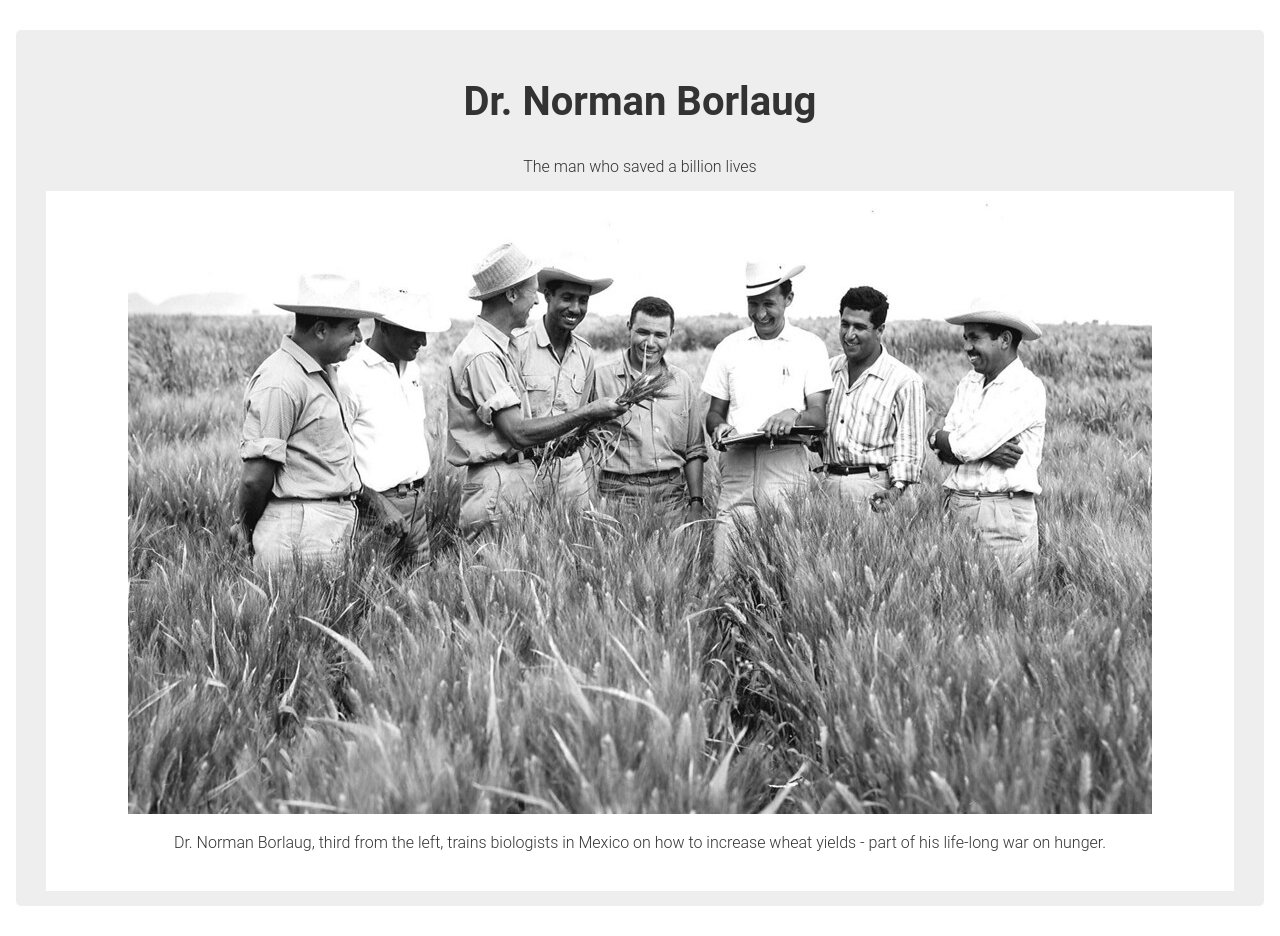
Repository: HTDuy01/github-demo
Page: freecodecamp/index.html
These files come from the project's save history. The page is drawn as it stood at one moment and after the next save; the edit follows.
The browser window is 1280 px wide. The pictures show the whole page.

Above is the page before, as saved 2021-11-17 20:17:26.

After the next save:
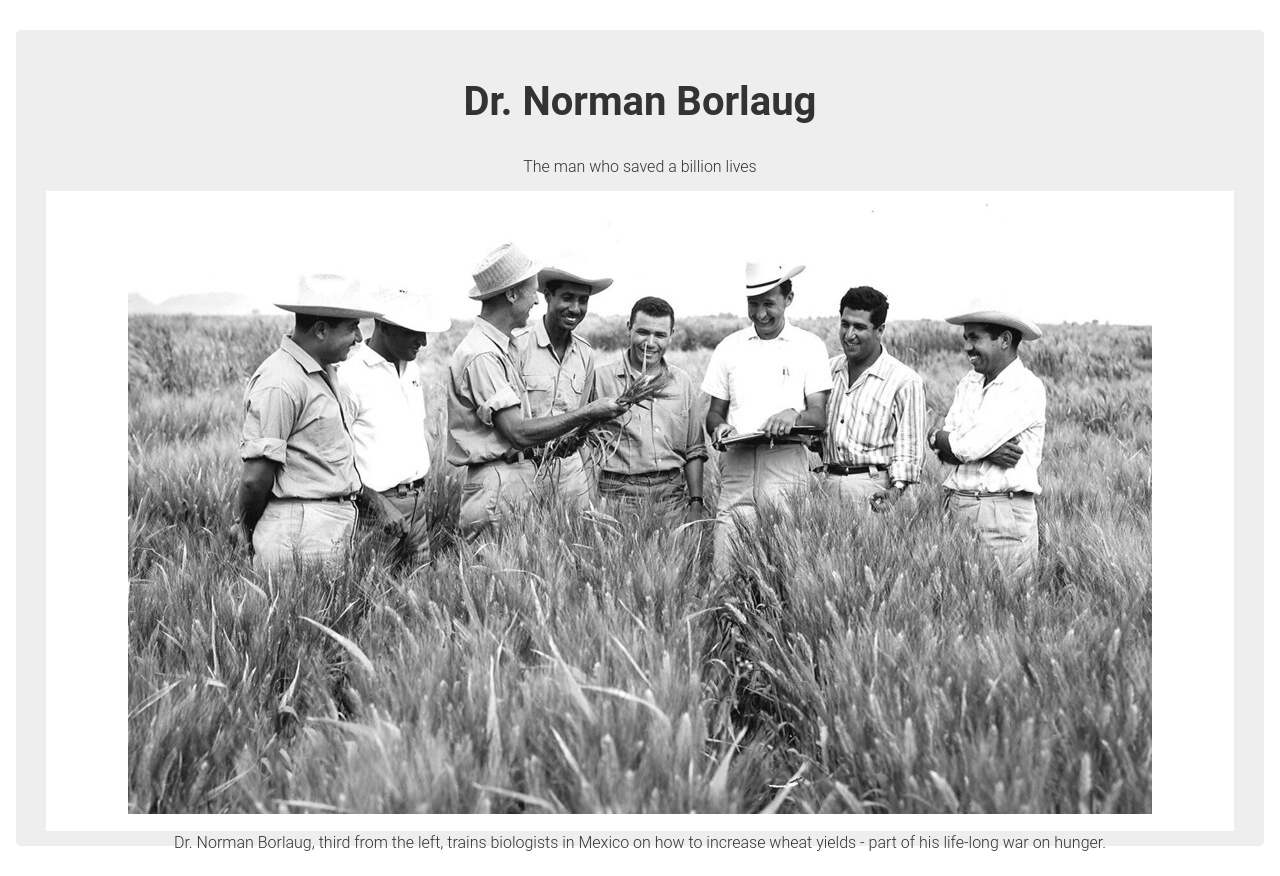
Saved 2 min 4 s later.
--- a/freecodecamp/assets/css/style.css
+++ b/freecodecamp/assets/css/style.css
@@ -26,7 +26,7 @@
 
 /* Bener */
 #img-div {
-    height: 700px;
+    height: 640px;
     background-color: #fff;
     margin: 0 15px;
     text-align: center;
